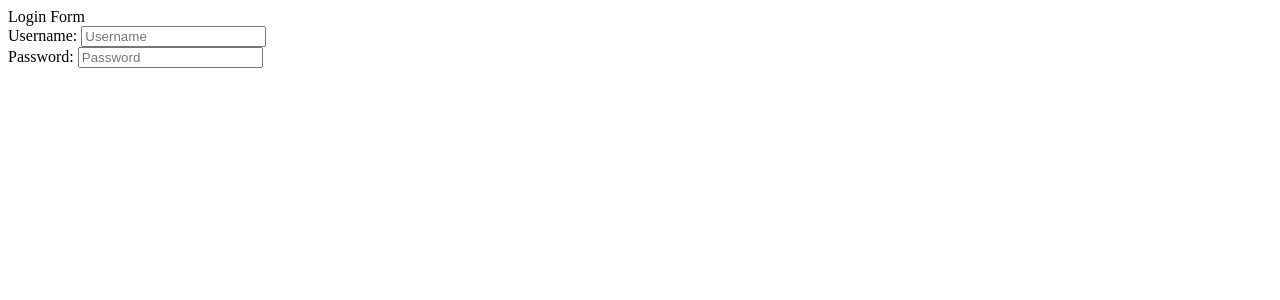
Repository: TGasco/SelfHostedCloud
Page: server/public/login.html
The author's editor kept a copy of each file at every save. The page is drawn from the files as they stood at one save, then again after the next save.
The browser window is 1280 px wide. The pictures show the whole page.

Above is the page before, as saved 2022-12-30 22:35:00.

After the next save:
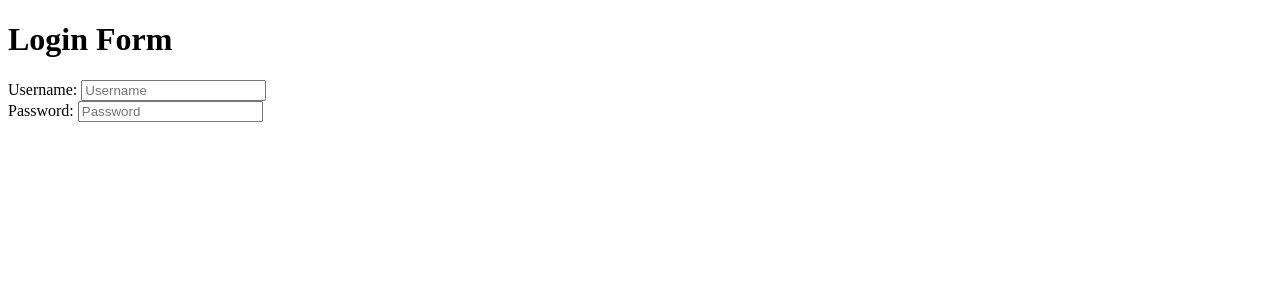
Saved 8 s later.
--- a/server/public/login.html
+++ b/server/public/login.html
@@ -8,7 +8,7 @@
     </head>
     <body>
         <!-- Main static page elements here -->
-        <a>Login Form</a>
+        <h1>Login Form</h1>
 
         <div class="login">
             <form action="/login" method="post">
